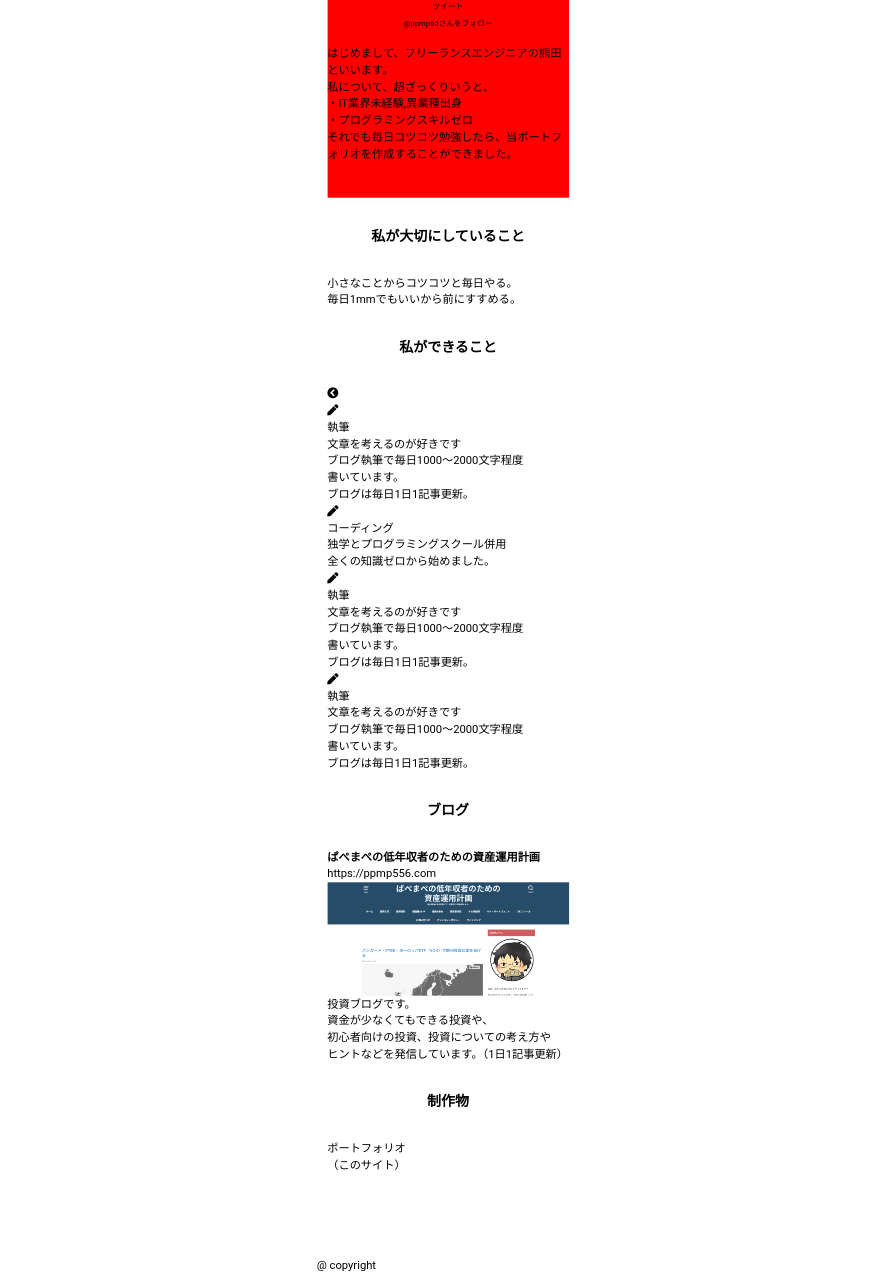
Repository: ppmp556/portfolio6
Page: index copy.html
The author's editor kept a copy of each file at every save. The page is drawn from the files as they stood at one save, then again after the next save.
The browser window is 1280 px wide. The pictures show the part of the page from y = 1169 to 3089 px (the page is 2989 px tall before and 3089 px after), at 70% of full size.
Some web libraries are served in a nearby version. The style sheet was rebuilt from its Sass, Less or Tailwind sources for each picture, by a compiler version that may differ from the author's.

Above is the page before, as saved 2020-10-11 21:48:14.
Console error: TypeError: Cannot read properties of null (reading 'addEventListener')

After the next save:
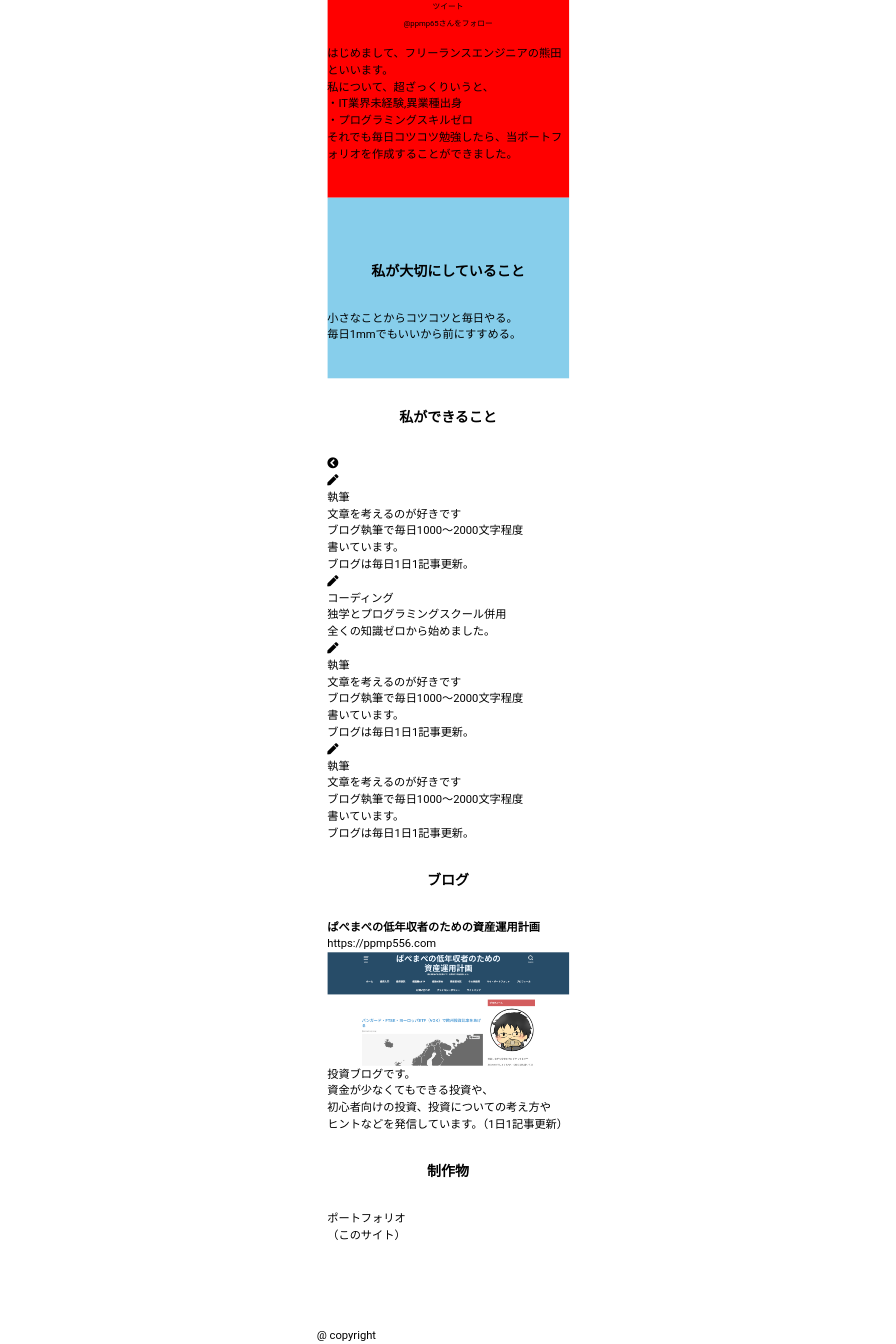
Saved 3 min 44 s later.
--- a/css/main.scss
+++ b/css/main.scss
@@ -207,8 +207,16 @@ kv
 
 
 
-
-
+/****************************************:
+
+policy
+
+*****************************************:*/
+
+.policy {
+    padding: 50px 0;
+    background-color: skyblue;
+}
 
 
 
